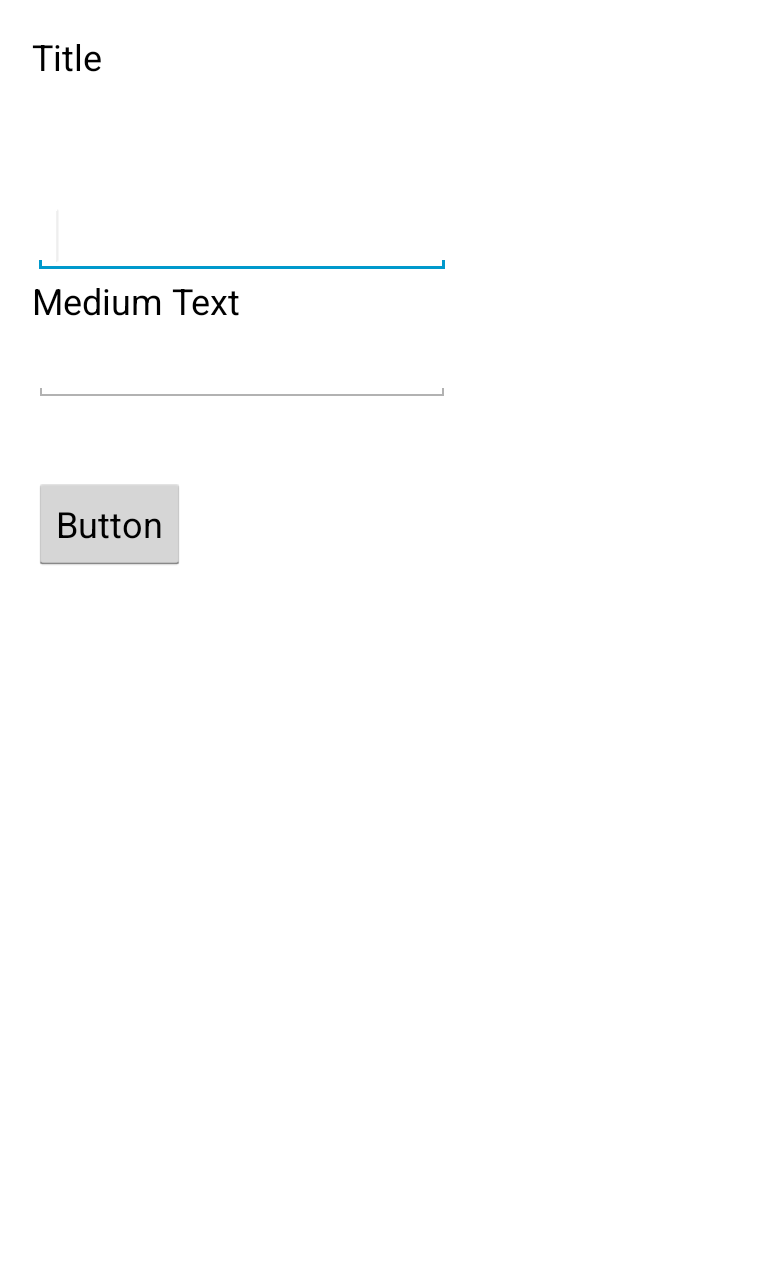
Repository: CMPUT301W14T11/Team11Prototype
Layout: LocationApp/res/layout/activity_enter_comments.xml
An editor plug-in stored every save of this project. The layout is shown before and after the next save, followed by the edit.
It is drawn on a 768 x 1280 px phone screen (xhdpi) without system bars, with theme AppTheme; the app's code is not run.

Above is the layout before, as saved 2014-02-18 17:47:16.

After the next save:
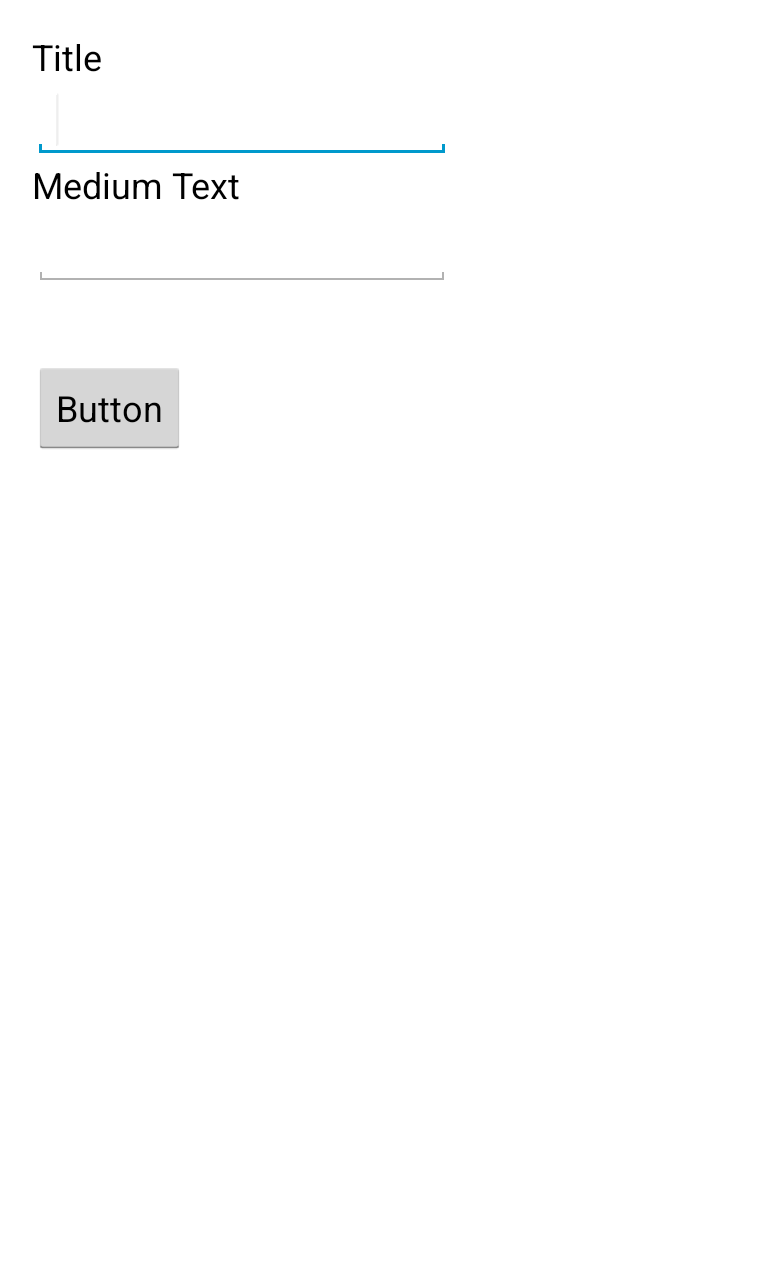
Saved 11 s later.
--- a/LocationApp/res/layout/activity_enter_comments.xml
+++ b/LocationApp/res/layout/activity_enter_comments.xml
@@ -21,7 +21,7 @@
         android:id="@+id/editText1"
         android:layout_width="wrap_content"
         android:layout_height="wrap_content"
-        android:layout_marginTop="58dp"
+
         android:ems="10" >
 
         <requestFocus />
